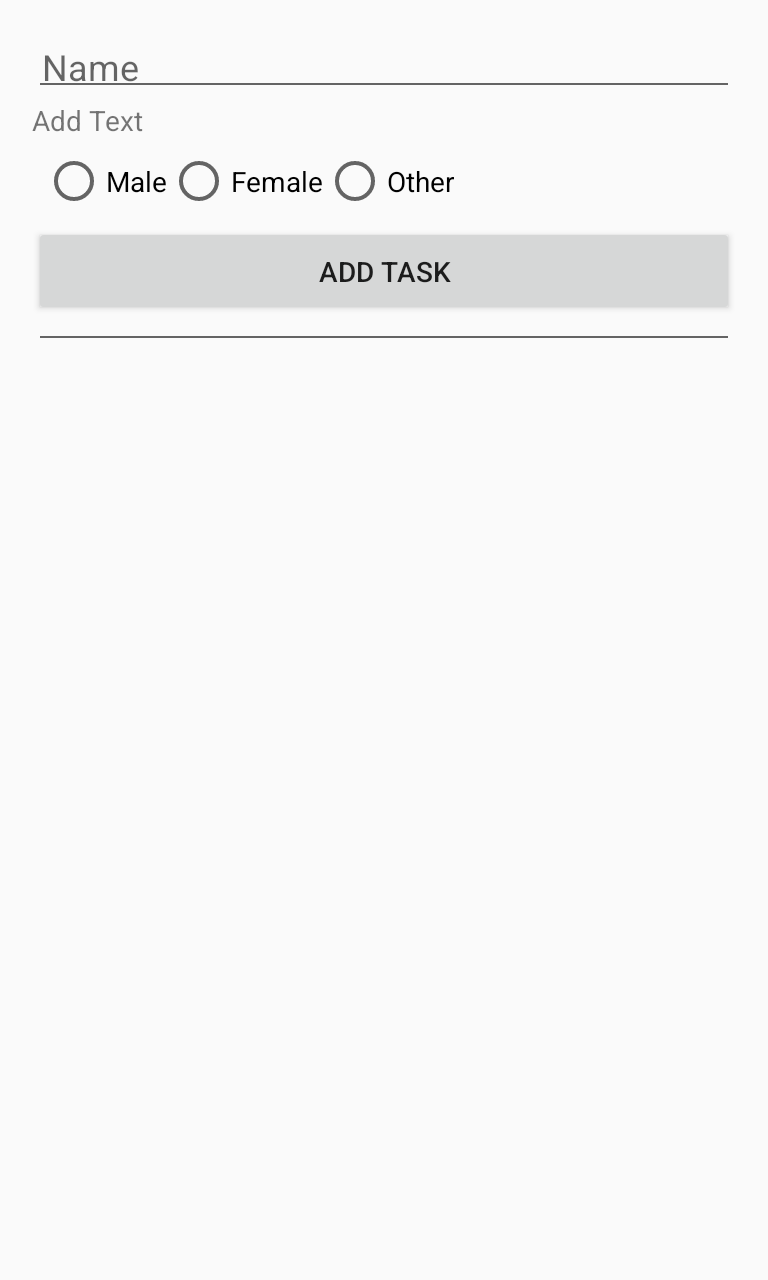
Repository: ThatCrazyIrishGuy/guiAndroidAssignment
Layout: ShoppingList/res/layout/activity_user_detail_form.xml
These files come from the project's save history. The layout is drawn as it stood at one moment and after the next save; the edit follows.
It is drawn on a 768 x 1280 px phone screen (xhdpi) without system bars, with theme AppTheme; the app's code is not run.

Above is the layout before, as saved 2014-11-08 17:30:26.

### ShoppingList/res/layout/activity_user_detail_form.xml
<RelativeLayout xmlns:android="http://schemas.android.com/apk/res/android"
    xmlns:tools="http://schemas.android.com/tools"
    android:layout_width="match_parent"
    android:layout_height="match_parent"
    android:paddingBottom="@dimen/activity_vertical_margin"
    android:paddingLeft="@dimen/activity_horizontal_margin"
    android:paddingRight="@dimen/activity_horizontal_margin"
    android:paddingTop="@dimen/activity_vertical_margin"
    tools:context="ie.dit.britton.darren.shoppinglist.UserDetailForm" >

    <EditText
        android:id="@+id/name"
        android:hint="Name"
        android:layout_width="fill_parent"
        android:layout_height="wrap_content"
 		android:padding="5dp"
     />

     <TextView
        android:id="@+id/genderLabel"
        android:layout_below="@+id/name"
        android:layout_width="wrap_content"
        android:layout_height="wrap_content"
        android:text="Add Text"
     />

   	<RadioGroup
   	    android:id="@+id/gender"
  	    android:layout_below="@+id/genderLabel"
		android:orientation="horizontal"
		android:layout_width="fill_parent"
		android:layout_height="wrap_content"
		android:padding="5dp">
		<RadioButton
			android:id="@+id/male"
			android:text="Male"
		/>
		<RadioButton
			android:id="@+id/female"
			android:text="Female"
		/>
		<RadioButton
			android:id="@+id/other"
			android:text="Other"
		/>
	</RadioGroup>

	<Spinner
    	android:layout_below="@+id/gender"
    	android:id="@+id/job"
    	android:layout_width="fill_parent"
    	android:layout_height="wrap_content"
 		android:padding="5dp"
    />

    <Button
        android:layout_below="@+id/gender"
        android:id="@+id/submit"
        android:layout_width="fill_parent"
        android:layout_height="wrap_content"
        android:text ="Add Task"
    />

    <EditText
        android:id="@+id/age"
        android:layout_below="@+id/job"
        android:layout_width="fill_parent"
        android:layout_height="wrap_content"
        android:inputType="number" >
    </EditText>

</RelativeLayout>

Loaded but not shown: ShoppingList/res/values/styles.xml (common file); ShoppingList/res/values-v11/styles.xml (common file); ShoppingList/res/values-v14/styles.xml (common file); ShoppingList/res/values/dimens.xml (common file); ShoppingList/res/values-w820dp/dimens.xml (common file)

After the next save:
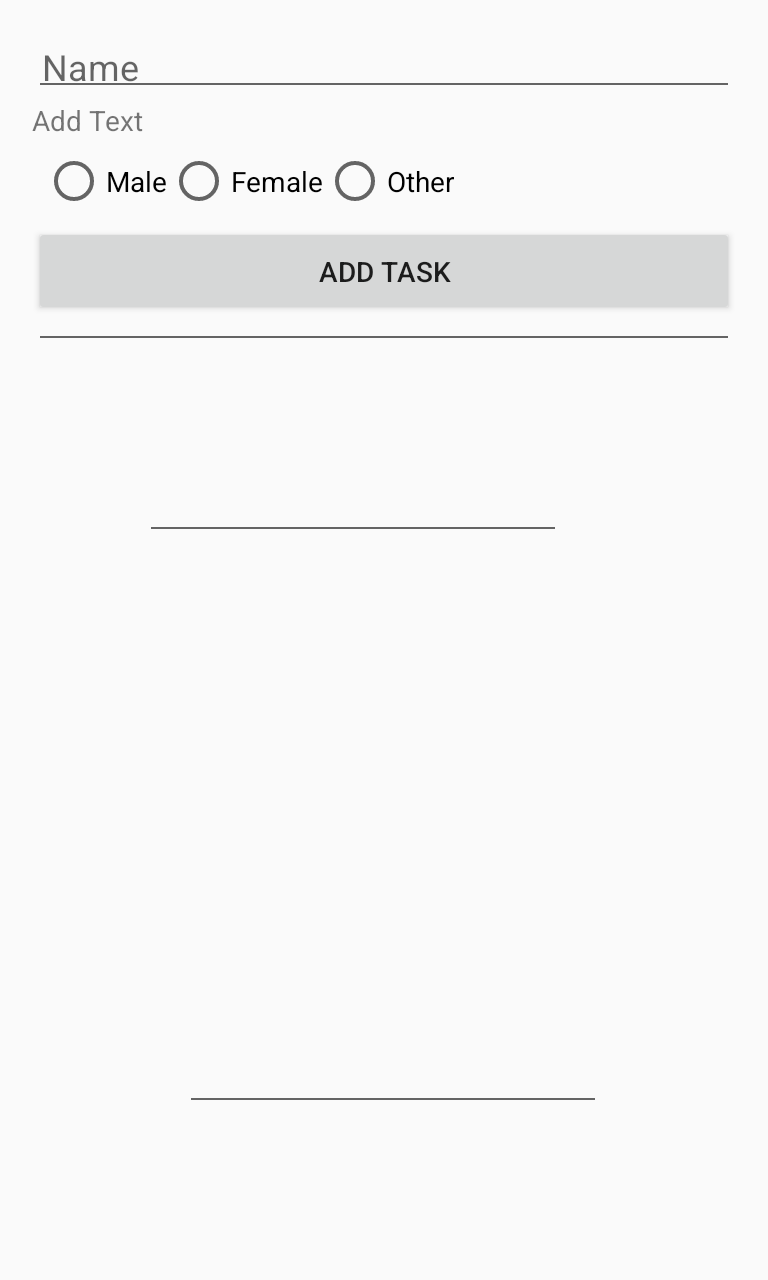
Saved 3 min 49 s later.
--- a/ShoppingList/res/layout/activity_user_detail_form.xml
+++ b/ShoppingList/res/layout/activity_user_detail_form.xml
@@ -66,7 +66,30 @@
         android:layout_below="@+id/job"
         android:layout_width="fill_parent"
         android:layout_height="wrap_content"
-        android:inputType="number" >
-    </EditText>
+        android:inputType="number"
+    />
+
+   <EditText
+        android:id="@+id/editText1"
+        android:layout_width="wrap_content"
+        android:layout_height="wrap_content"
+        android:layout_below="@+id/age"
+        android:layout_marginTop="54dp"
+        android:layout_toRightOf="@+id/genderLabel"
+        android:ems="10"
+        android:inputType="numberDecimal"
+    />
+
+    <EditText
+        android:id="@+id/editText2"
+        android:layout_width="wrap_content"
+        android:layout_height="wrap_content"
+        android:layout_alignLeft="@+id/editText1"
+        android:layout_alignParentBottom="true"
+        android:layout_marginBottom="66dp"
+        android:layout_marginLeft="20dp"
+        android:ems="10"
+        android:inputType="textEmailAddress"
+     />
 
 </RelativeLayout>
